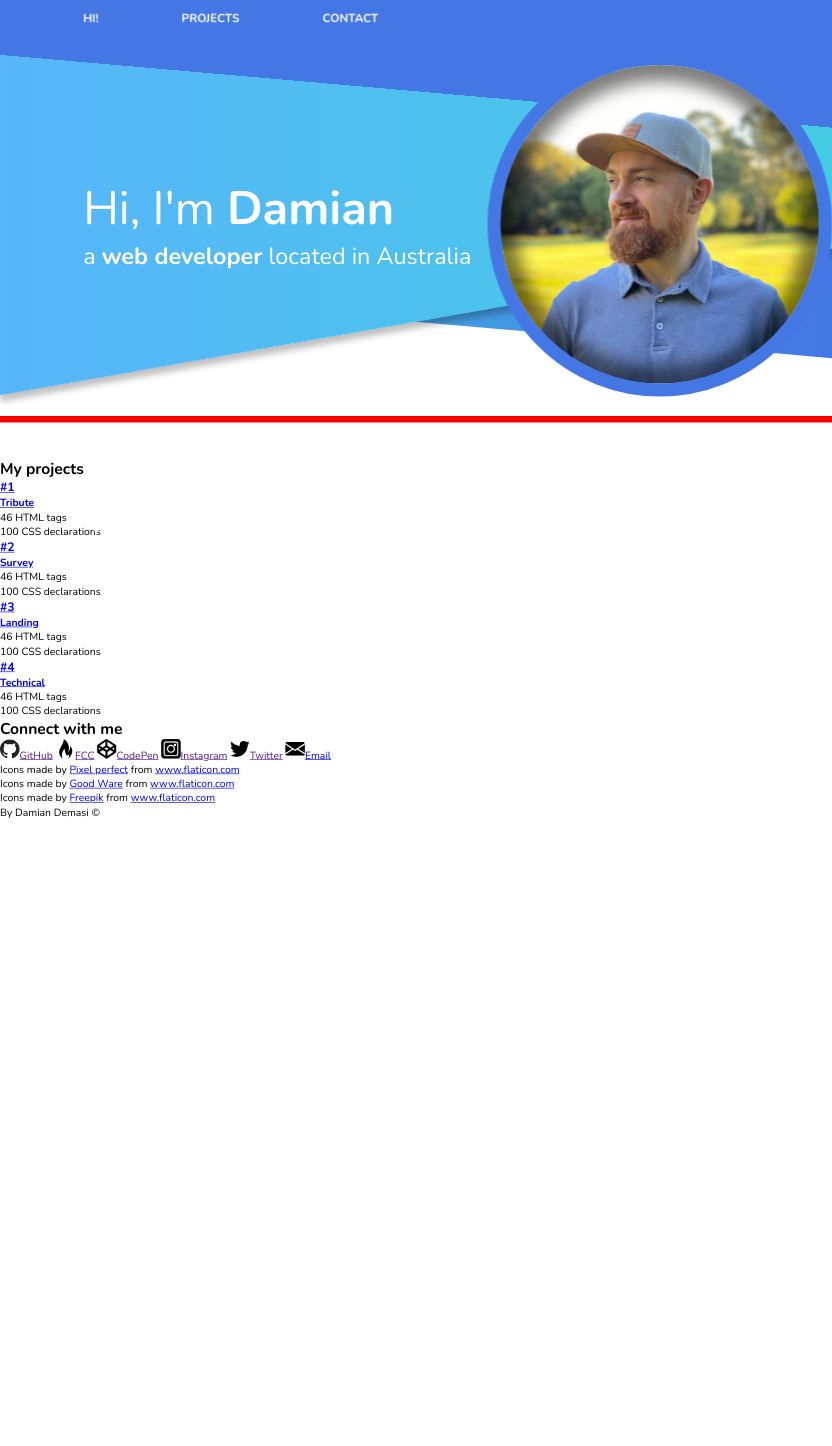
Repository: Colo-Codes/freecodecamp-05-Personal-Portfolio-Webpage
Page: index.html
The author's editor kept a copy of each file at every save. The page is drawn from the files as they stood at one save, then again after the next save.
The browser window is 1280 px wide. The pictures show the whole page, at 65% of full size.

Above is the page before, as saved 2021-06-03 14:09:42.

After the next save:
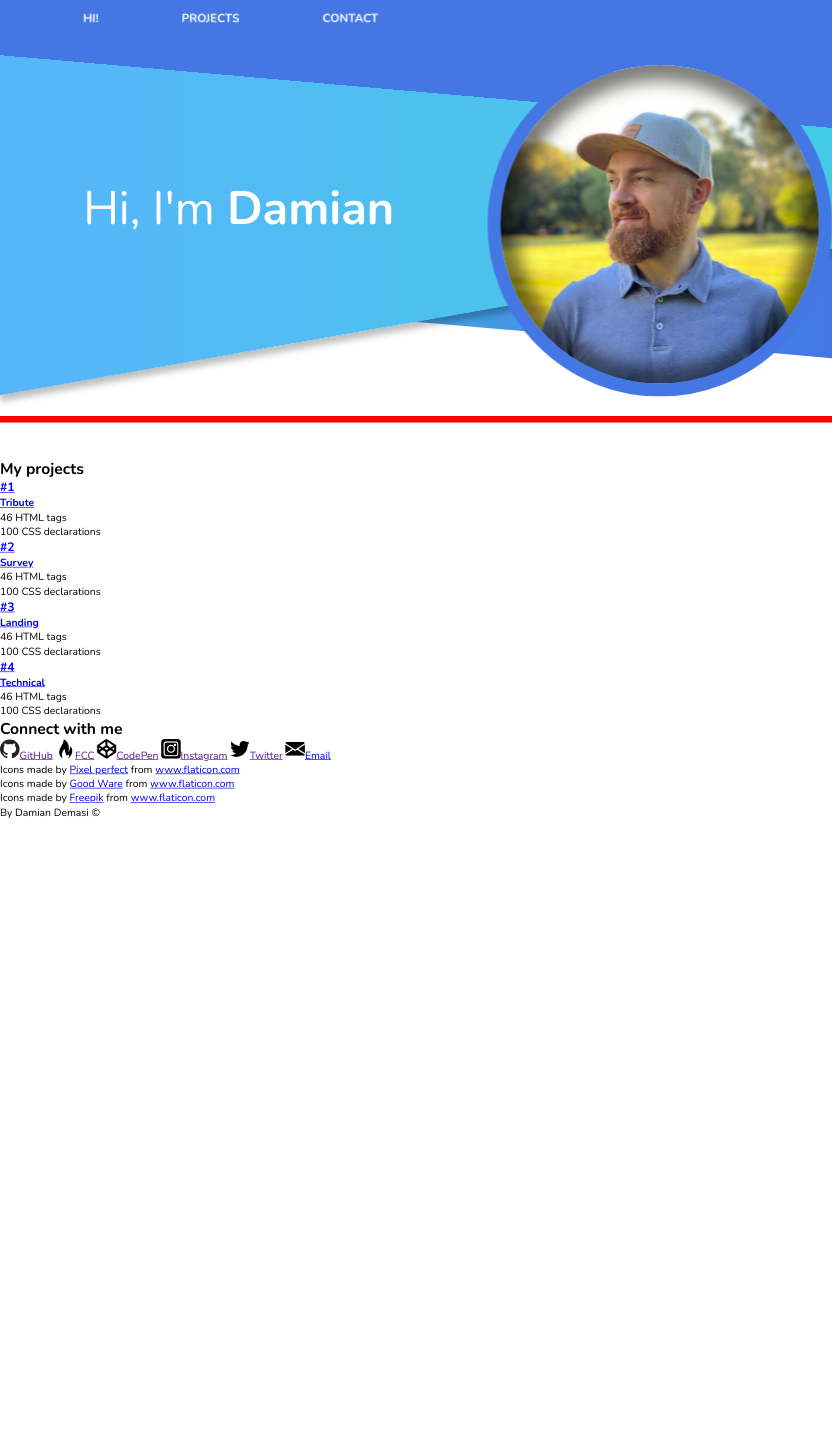
Saved 2 min 57 s later.
--- a/index.html
+++ b/index.html
@@ -28,12 +28,15 @@
                 <div id="hero-text-container">
                     <h1>Hi, I'm <strong>Damian</strong></h1>
                     <p>a <strong>web developer</strong> located in Australia</p>
+                </div>
+            </div>
+            <div id="top-layer"></div>
+            <div id="bottom-layer">
+                <div id="scroll-to-explore">
                     <p>Scroll to explore</p>
                     <img src="./img/down-arrow.png" alt="Arrow pointing down." height="40px">
                 </div>
             </div>
-            <div id="top-layer"></div>
-            <div id="bottom-layer"></div>
     </section>
 
     <section id="projects">
